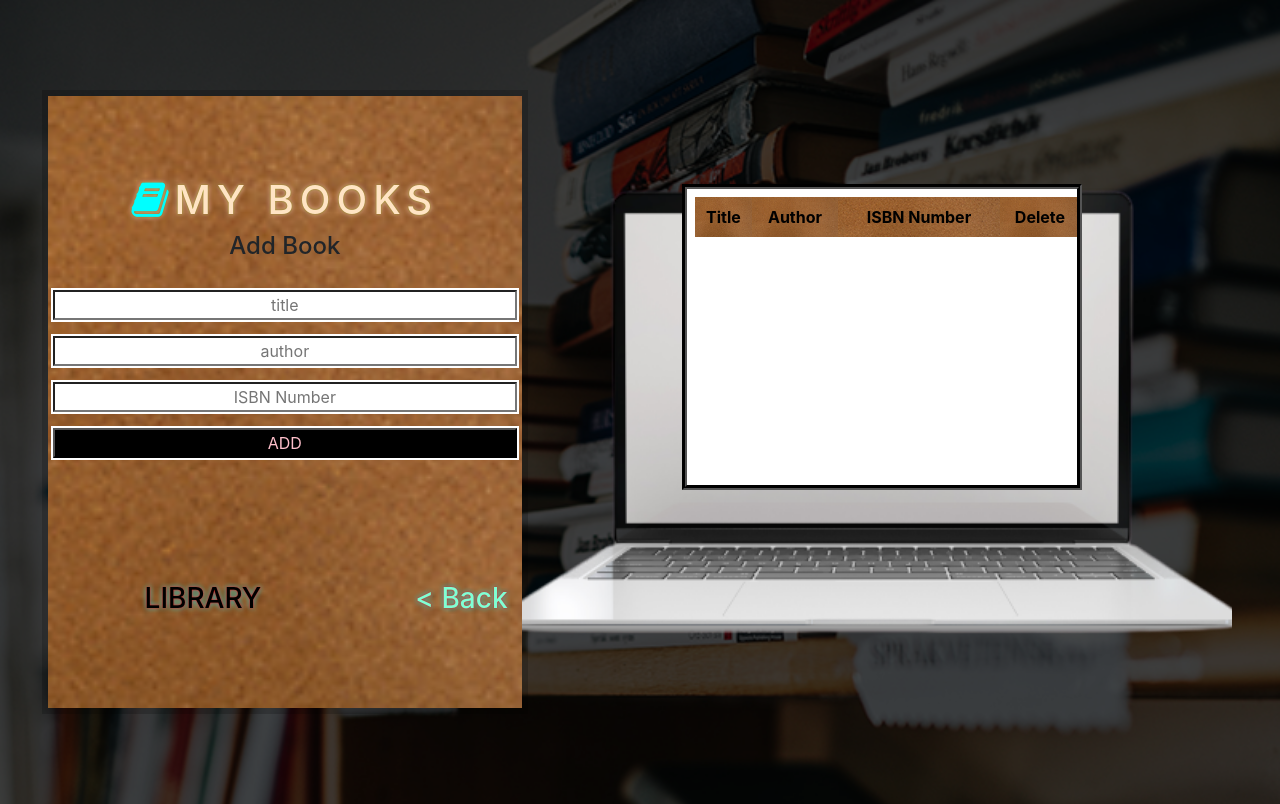
Repository: CSituma/Home-Library-App
Page: libu.html
These files come from the project's save history. The page is drawn as it stood at one moment and after the next save; the edit follows.
The browser window is 1280 px wide. The pictures show the whole page.
Backgrounds fixed to the window are drawn as part of the page. Some web libraries are served in a nearby version.

Above is the page before, as saved 2020-11-10 21:34:42.

After the next save:
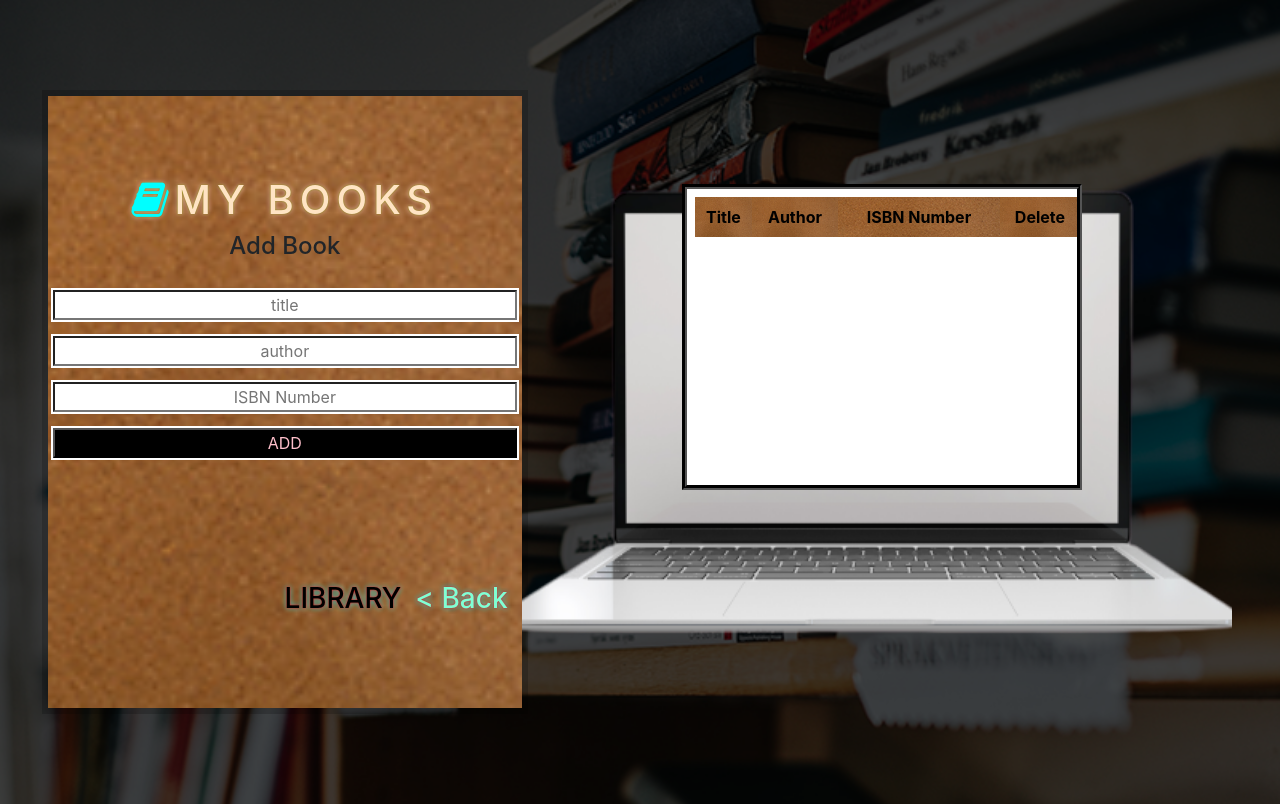
Saved 30 s later.
--- a/style.css
+++ b/style.css
@@ -174,7 +174,6 @@ form input {
 #libur a{
  float: left;
  margin-left: 0;
- margin-right:5em;
   color:black;
 }
 @media screen and (max-width:1000px) {
